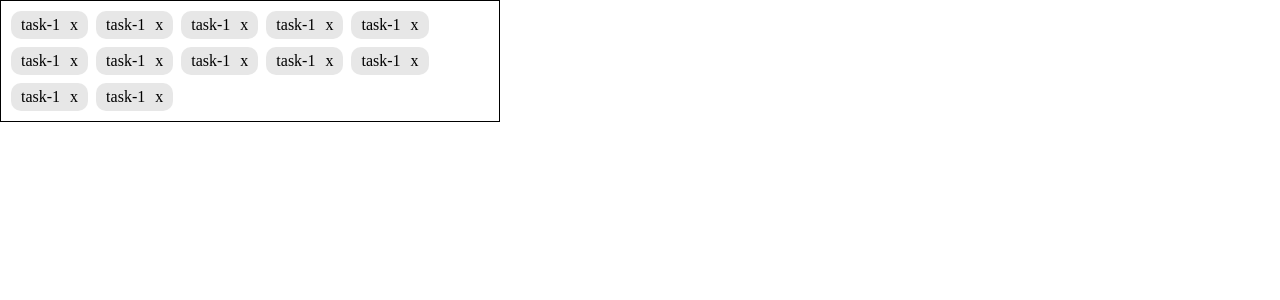
Repository: OkazakiTruong/selectOption
Page: /
These files come from the project's save history. The page is drawn as it stood at one moment and after a run of saves; the edit follows.
The browser window is 1280 px wide. The pictures show the whole page.
The project was rebuilt for these pictures with package versions that can differ from the ones it lists, and the page was loaded fresh each time. Also part of the build but not shown: vite.config.js.

Above is the page before, as saved 2024-01-17 21:07:29.

After the next 2 saves:
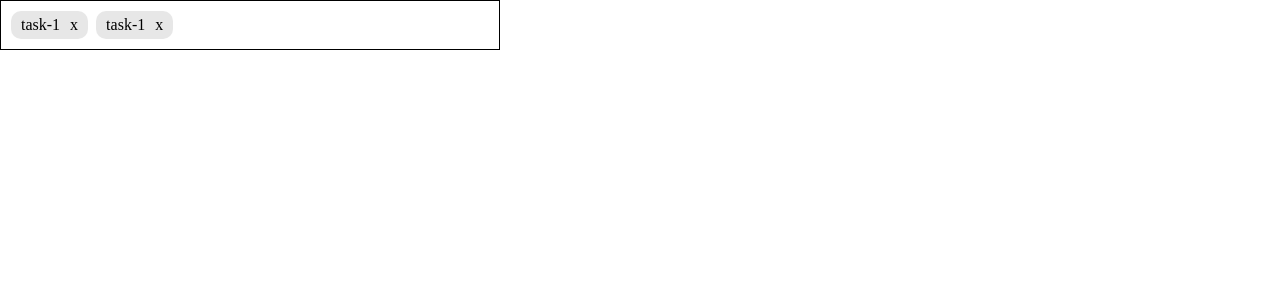
The 2 saves are shown as one change because they came seconds apart.
The last was saved 12 s later.
--- a/src/SelectBox/SelectBoxContainer.jsx
+++ b/src/SelectBox/SelectBoxContainer.jsx
@@ -13,47 +13,6 @@ export const SelectBoxContainer = () => {
           <span>task-1</span>
           <span className="btn-delete">x</span>
         </div>
-        <div className="select-item">
-          <span>task-1</span>
-          <span className="btn-delete">x</span>
-        </div>
-        <div className="select-item">
-          <span>task-1</span>
-          <span className="btn-delete">x</span>
-        </div>
-        <div className="select-item">
-          <span>task-1</span>
-          <span className="btn-delete">x</span>
-        </div>
-        <div className="select-item">
-          <span>task-1</span>
-          <span className="btn-delete">x</span>
-        </div>
-        <div className="select-item">
-          <span>task-1</span>
-          <span className="btn-delete">x</span>
-        </div>
-        <div className="select-item">
-          <span>task-1</span>
-          <span className="btn-delete">x</span>
-        </div>
-        <div className="select-item">
-          <span>task-1</span>
-          <span className="btn-delete">x</span>
-        </div>
-        <div className="select-item">
-          <span>task-1</span>
-          <span className="btn-delete">x</span>
-        </div>
-        <div className="select-item">
-          <span>task-1</span>
-          <span className="btn-delete">x</span>
-        </div>
-        <div className="select-item">
-          <span>task-1</span>
-          <span className="btn-delete">x</span>
-        </div>
-
         <input className="input"></input>
       </div>
     </div>
